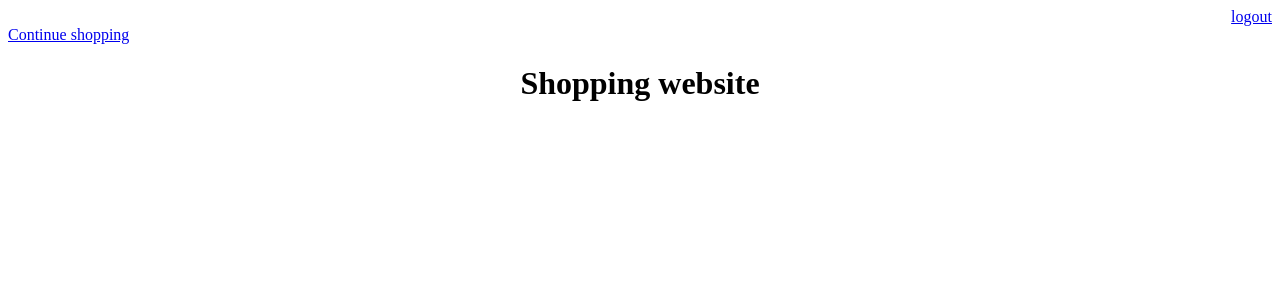
Repository: balu-sadanandan/demo-Shopping-cart-application
Page: http://localhost/shopping-cart/proddesc.jsp
These files come from the project's save history. The page is drawn as it stood at one moment and after the next save; the edit follows.
The browser window is 1280 px wide. The pictures show the whole page.
The page is served by Tomcat 9. Other server files are loaded and not shown.

Above is the page before, as saved 2017-09-19 04:32:32.

### shopping-cart/WebContent/proddesc.jsp
<%@ page language="java" contentType="text/html; charset=ISO-8859-1"
    pageEncoding="ISO-8859-1"%>
<!DOCTYPE html PUBLIC "-//W3C//DTD HTML 4.01 Transitional//EN" "http://www.w3.org/TR/html4/loose.dtd">
<html>
<head>
<meta http-equiv="Content-Type" content="text/html; charset=ISO-8859-1">
<title>Awesome shopping website</title>
</head>
<body>
 <div align="right">
    <a href="logout">logout</a>

</div>
   <div align="left">
    <a href="listp">Continue shopping</a>

</div>
 <center>
        <h1>Shopping website</h1>
    </center>



</body>
</html>

After the next save:
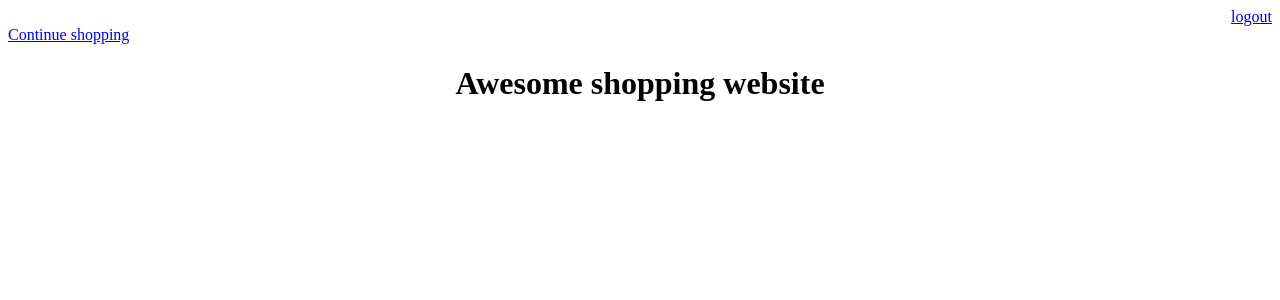
Saved 58 s later.
--- a/shopping-cart/WebContent/proddesc.jsp
+++ b/shopping-cart/WebContent/proddesc.jsp
@@ -16,7 +16,7 @@
 
 </div>
  <center>
-        <h1>Shopping website</h1>
+        <h1>Awesome shopping website</h1>
     </center>
 
 
